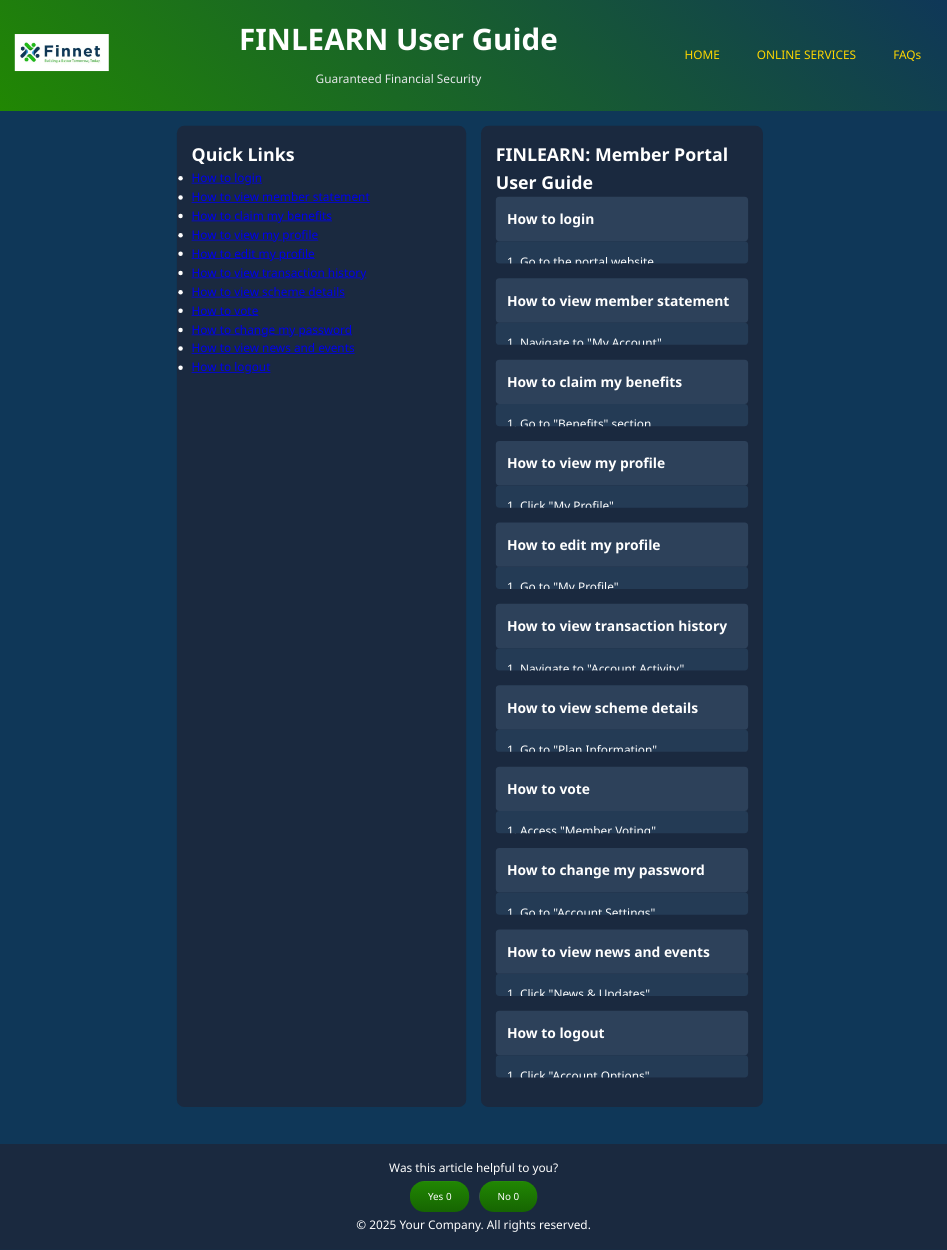
Repository: Ray700/Finnet
Page: index.html
An editor plug-in stored every save of this project. The page is shown before and after the next save, followed by the edit.
The browser window is 1280 px wide. The pictures show the whole page, at 74% of full size.

Above is the page before, as saved 2025-03-06 00:49:00.

After the next save:
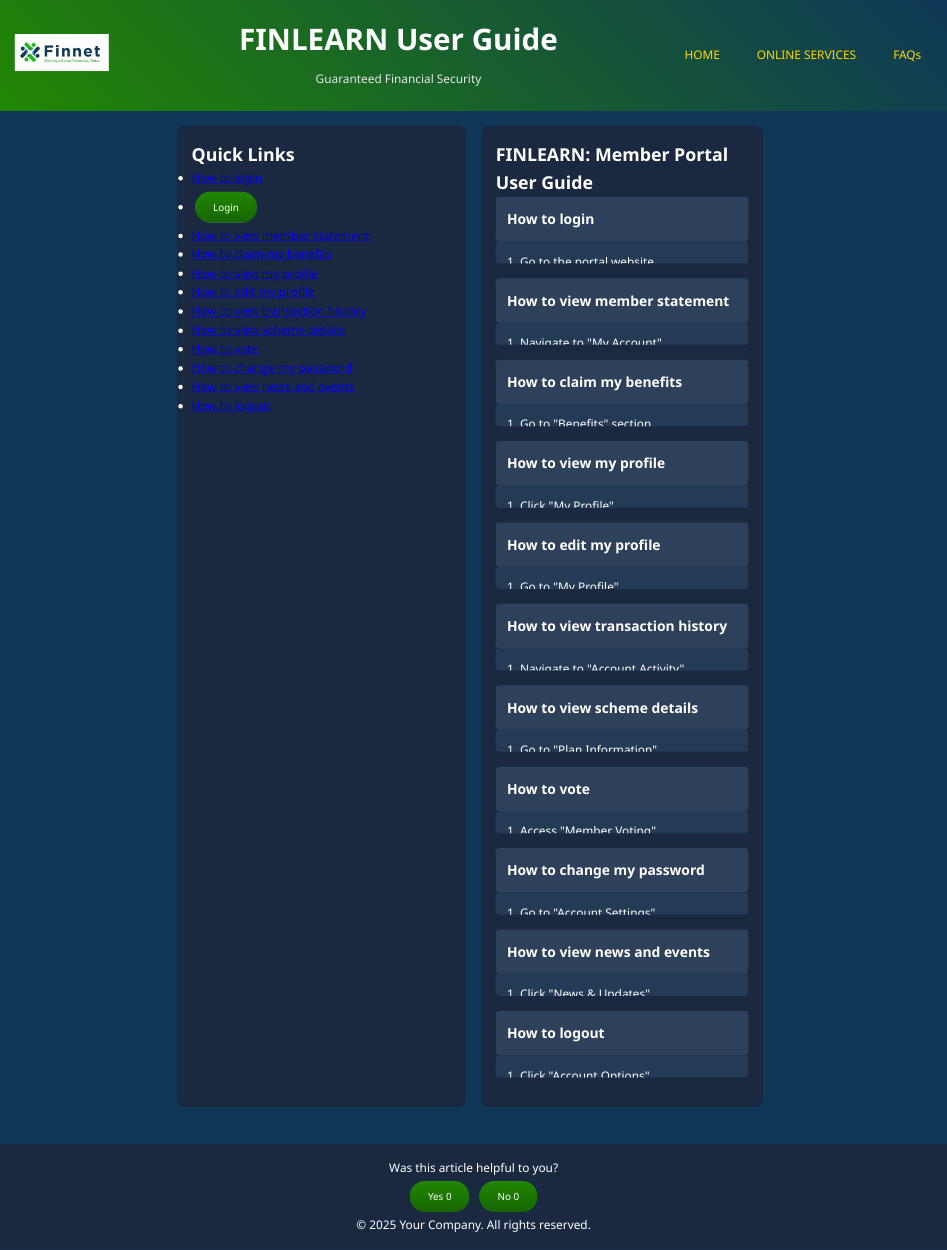
Saved 9 h 16 min later.
--- a/index.html
+++ b/index.html
@@ -201,7 +201,9 @@
         <aside>
             <h2>Quick Links</h2>
             <ul>
-<li><a href="login.html" onclick="event.stopPropagation();">How to login</a></li>
+                <li><a href="login.html" onclick="event.stopPropagation();">How to login</a></li>
+                <li><button onclick="window.location.href='login.html';">Login</button></li>
+
 
 
                 <li><a href="#" data-target="viewStatement">How to view member statement</a></li>
